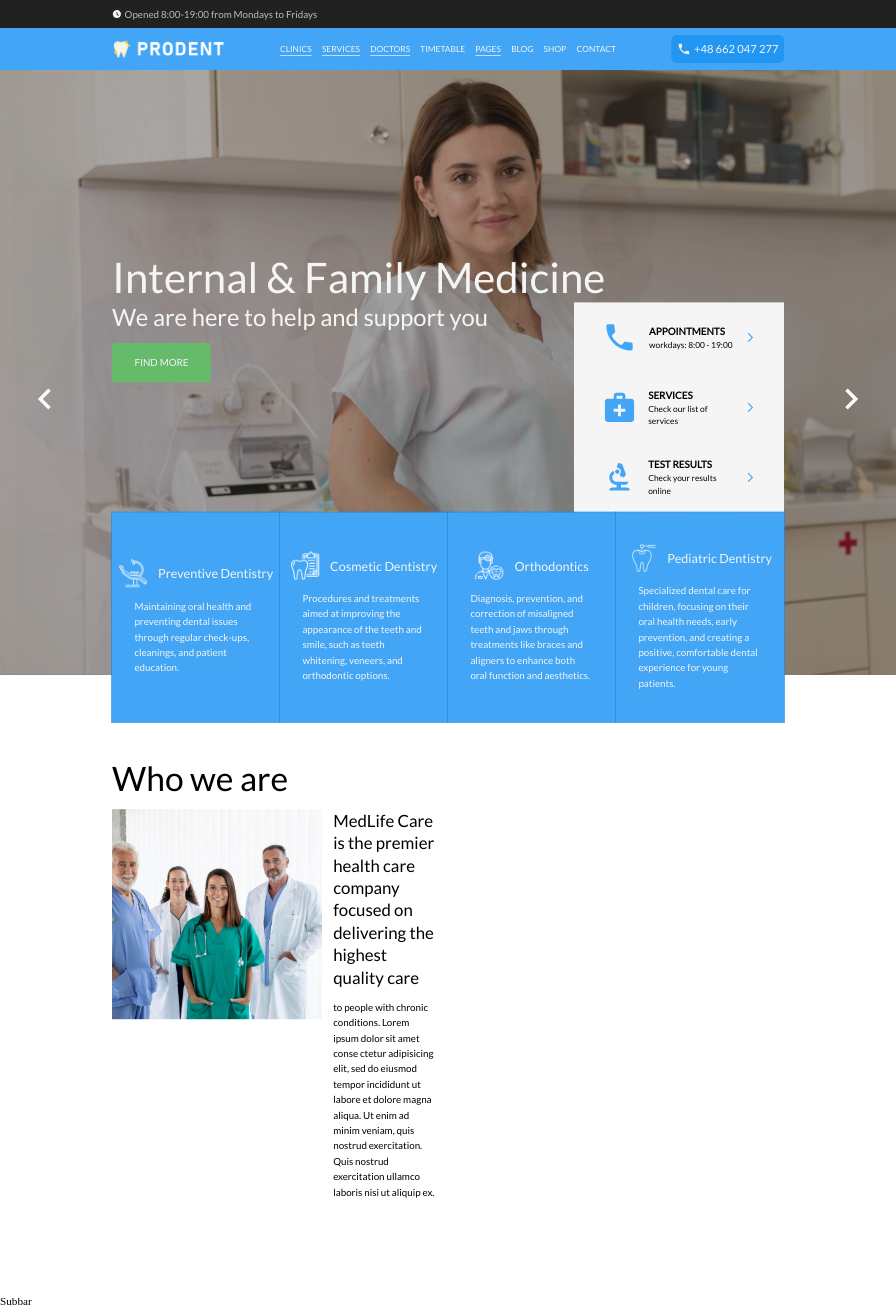
Repository: princ3-web/8
Page: /
The author's editor kept a copy of each file at every save. The page is drawn from the files as they stood at one save, then again after a run of saves.
The browser window is 1280 px wide. The pictures show the whole page, at 70% of full size.
The project was rebuilt for these pictures with package versions that can differ from the ones it lists, and the page was loaded fresh each time. Also part of the build but not shown: vite.config.js, src/subpages/About.jsx, src/index.css.

Above is the page before, as saved 2023-11-02 15:18:13.

### index.html
<!doctype html>
<html lang="en">
  <head>
    <meta charset="UTF-8" />
    <link rel="icon" type="image/svg+xml" href="/vite.svg" />
    <meta name="viewport" content="width=device-width, initial-scale=1.0" />
    <title>Vite + React</title>
    <link rel="preconnect" href="https://fonts.googleapis.com">
    <link rel="preconnect" href="https://fonts.gstatic.com" crossorigin>
    <link href="https://fonts.googleapis.com/css2?family=Lato&display=swap" rel="stylesheet">
  </head>
  <body>
    <div id="root"></div>
    <script type="module" src="/src/main.jsx"></script>
  </body>
</html>

### src/App.jsx
import "./App.css";
import { Box } from "@mui/material";
import { Route, Routes } from "react-router-dom";
import Home from "./subpages/Home";
import About from "./subpages/About";
import Navbar from "./components/Navbar";
import Subbar from "./components/Subbar";
import { createTheme, ThemeProvider } from "@mui/material/styles";

function App() {

  const theme = createTheme({
    typography: {
      fontFamily: "Lato, sans-serif",
    },
  });



  return (
    <ThemeProvider theme={theme}>
    <Box>

      <Navbar />

      <Routes>
        <Route path="/" element={<Home />} />
        <Route path="/about" element={<About />} />
      </Routes>
      <Subbar />
    </Box>
    </ThemeProvider>
  );
}

export default App;

### src/App.css
body {
  padding: 0;
  margin: 0;
  overflow-x: "hidden";
}

### src/subpages/Home.jsx
import React, { useEffect, useState } from "react";
import { Box, CardMedia, Typography, Button, Fade } from "@mui/material";
import image1 from "../assets/images/1.jpg";
import image2 from "../assets/images/2.jpg";
import image3 from "../assets/images/3.jpg";
import image4 from "../assets/images/4.jpg";
import { green, grey, blue } from "@mui/material/colors";
import PhoneIcon from "@mui/icons-material/Phone";
import MedicalServicesIcon from "@mui/icons-material/MedicalServices";
import BiotechIcon from "@mui/icons-material/Biotech";
import ArrowForwardIosIcon from "@mui/icons-material/ArrowForwardIos";
import icon1 from "../assets/icons/1.png";
import icon2 from "../assets/icons/2.png";
import icon3 from "../assets/icons/3.png";
import icon4 from "../assets/icons/4.png";
import SingleCarousel from "../components/SingleCarousel";

const Menu = () => {
  const items0 = [
    {
      title: "Preventive Dentistry",
      text: "Maintaining oral health and preventing dental issues through regular check-ups, cleanings, and patient education.",
      icon: icon1,
    },
    {
      title: "Cosmetic Dentistry",
      text: "Procedures and treatments aimed at improving the appearance of the teeth and smile, such as teeth whitening, veneers, and orthodontic options.",
      icon: icon2,
    },
    {
      title: "Orthodontics",
      text: "Diagnosis, prevention, and correction of misaligned teeth and jaws through treatments like braces and aligners to enhance both oral function and aesthetics.      ",
      icon: icon3,
    },
    {
      title: "Pediatric Dentistry",
      text: "Specialized dental care for children, focusing on their oral health needs, early prevention, and creating a positive, comfortable dental experience for young patients.      ",
      icon: icon4,
    },
  ];

  const items1 = [
    {
      title: "APPOINTMENTS",
      text: "workdays: 8:00 - 19:00",
      icon: <PhoneIcon sx={{ color: blue[400], fontSize: "50px", mr: "1rem" }} />,
    },
    {
      title: "SERVICES",
      text: "Check our list of services",
      icon: <MedicalServicesIcon sx={{ color: blue[400], fontSize: "50px", mr: "1rem" }} />,
    },
    {
      title: "TEST RESULTS",
      text: "Check your results online",
      icon: <BiotechIcon sx={{ color: blue[400], fontSize: "50px", mr: "1rem" }} />,
    },
  ];

  return (
    <Box
      sx={{
        position: "absolute",
        display: "flex",
        flexDirection: "column",
        alignItems: "flex-end",
        boxSizing: "border-box",
        top: "60%",
        px: "160px",
        width: "100%",
      }}
    >
      <Box
        sx={{
          display: "flex",
          flexDirection: "column",
          justifyContent: "space-evenly",
          alignItems: "center",
          backgroundColor: grey[100],
          width: "300px",
          height: "300px",
        }}
      >
        {items1.map((item) => (
          <Box
            sx={{
              display: "flex",
              alignItems: "center",
              justifyContent: "space-between",
              width: "100%",
              height: "33%",
              boxSizing: "border-box",
              px: "40px",
              transition: "0.25s",
              ":hover": {
                backgroundColor: grey[300],
                cursor: "pointer",
              },
            }}
          >
            {item.icon}
            <Box>
              <Typography sx={{ fontSize: "14px", fontWeight: 600 }}>{item.title}</Typography>
              <Typography sx={{ fontSize: "12px" }}>{item.text}</Typography>
            </Box>
            <ArrowForwardIosIcon sx={{ color: blue[400], fontSize: "16px", ml: "1rem" }} />
          </Box>
        ))}
      </Box>
      <Box sx={{ display: "flex", width: "100%" }}>
        {items0.map((item) => (
          <Box
            sx={{
              display: "flex",
              flexDirection: "column",
              justifyContent: "center",
              alignItems: "center",
              backgroundColor: blue[400],
              width: "300px",
              height: "300px",
              outline: "1px solid " + blue[600],
              transition: "0.25s",
              ":hover": {
                backgroundColor: blue[500],
                cursor: "pointer",
              },
            }}
          >
            <Box sx={{ display: "flex", alignItems: "center", mb: "1rem" }}>
              <CardMedia
                component="img"
                src={item.icon}
                alt=""
                sx={{ width: "40px", mr: "1rem" }}
              />
              <Typography color={grey[100]} sx={{ fontSize: "18px" }}>
                {item.title}
              </Typography>
            </Box>
            <Typography color={grey[100]} variant="subtitle2" sx={{ px: "2rem" }}>
              {item.text}
            </Typography>
          </Box>
        ))}
      </Box>
    </Box>
  );
};

const Home = () => {
  const items0 = [
    {
      title: "Preventive Dentistry",
      text: "Maintaining oral health and preventing dental issues through regular check-ups, cleanings, and patient education.",
      icon: icon1,
    },
    {
      title: "Cosmetic Dentistry",
      text: "Procedures and treatments aimed at improving the appearance of the teeth and smile, such as teeth whitening, veneers, and orthodontic options.",
      icon: icon2,
    },
    {
      title: "Orthodontics",
      text: "Diagnosis, prevention, and correction of misaligned teeth and jaws through treatments like braces and aligners to enhance both oral function and aesthetics.      ",
      icon: icon3,
    },
    {
      title: "Pediatric Dentistry",
      text: "Specialized dental care for children, focusing on their oral health needs, early prevention, and creating a positive, comfortable dental experience for young patients.      ",
      icon: icon4,
    },
  ];

  const items1 = [
    {
      title: "APPOINTMENTS",
      text: "workdays: 8:00 - 19:00",
      icon: <PhoneIcon sx={{ color: blue[400], fontSize: "50px", mr: "1rem" }} />,
    },
    {
      title: "SERVICES",
      text: "Check our list of services",
      icon: <MedicalServicesIcon sx={{ color: blue[400], fontSize: "50px", mr: "1rem" }} />,
    },
    {
      title: "TEST RESULTS",
      text: "Check your results online",
      icon: <BiotechIcon sx={{ color: blue[400], fontSize: "50px", mr: "1rem" }} />,
    },
  ];

  const [currentImageIndex, setCurrentImageIndex] = useState(0);

  useEffect(() => {
    const interval = setInterval(() => {
      const nextIndex = (currentImageIndex + 1) % images.length;
      setCurrentImageIndex(nextIndex);
    }, 4000);

    return () => {
      clearInterval(interval);
    };
  }, [currentImageIndex]);

  const images = [image1, image2, image3, image4];

  return (
    <Box>
      <SingleCarousel images={images} />

      <Box sx={{ position: "absolute", top: "50%", left: "160px", zIndex: 1 }}>
        <Typography variant="h2" sx={{ color: grey[100] }}>
          Internal & Family Medicine
        </Typography>
        <Typography variant="h4" sx={{ color: grey[100] }}>
          We are here to help and support you
        </Typography>
        <Button
          sx={{
            backgroundColor: green[400],
            color: grey[100],
            py: "1rem",
            px: "2rem",
            mt: "1rem",
            "&:hover": {
              backgroundColor: green[700],
              cursor: "pointer",
            },
          }}
        >
          FIND MORE
        </Button>
      </Box>
      <Menu />
      <Box sx={{ boxSizing: "border-box", px: "160px", py: "120px" }}>
        <Typography variant="h3">Who we are</Typography>
        <Box sx={{ display: "flex",  width:"50%" }}>
          <CardMedia
            component="img"
            src={image1}
            alt=""
            sx={{ width: "300px", height: "300px", mt: "1rem" }}
          />
          <Box sx={{p:"1rem"}}>
            <Typography variant="h5" sx={{mb:"1rem"}}>
              MedLife Care is the premier health care company focused on delivering the highest
              quality care
            </Typography>

          <Typography  variant="subtitle2">
            to people with chronic conditions. Lorem ipsum dolor sit amet conse ctetur adipisicing
            elit, sed do eiusmod tempor incididunt ut labore et dolore magna aliqua. Ut enim ad
            minim veniam, quis nostrud exercitation. Quis nostrud exercitation ullamco laboris nisi
            ut aliquip ex.
          </Typography>
          </Box>
        </Box>
      </Box>
    </Box>
  );
};

export default Home;

### src/components/Navbar.jsx
import React from "react";
import { Box, Typography, CardMedia, Menu, MenuItem } from "@mui/material";
import { blue, grey } from "@mui/material/colors";
import PhoneIcon from "@mui/icons-material/Phone";
import AccessTimeFilledIcon from "@mui/icons-material/AccessTimeFilled";
import logo from "../assets/icons/logo.png";

const Navbar = () => {
  const items = [
    { name: "CLINICS", items: ["Dental Clinic 1", "Dental Clinic 2", "Dental Clinic 3"] },
    { name: "SERVICES", items: ["Orthodontics", "Cosmetic Dentistry", "Preventive Dentistry"] },
    { name: "DOCTORS", items: ["Dentist 1", "Dentist 2", "Dentist 3"] },
    { name: "TIMETABLE", items: [] },
    { name: "PAGES", items: ["Home Page", "About Us", "Services Page"] },
    { name: "BLOG", items: [] },
    { name: "SHOP", items: [] },
    {
      name: "CONTACT",
      items: [],
    },
  ];

  const handleMenuItemHover = (event, index) => {
    const dropdownMenu = event.currentTarget.querySelector(".dropdown-menu");
    if (dropdownMenu) {
      dropdownMenu.style.visibility = "visible";
      dropdownMenu.style.filter = "opacity(1)";
    }
  };

  const handleMenuItemLeave = (event) => {
    const dropdownMenu = event.currentTarget.querySelector(".dropdown-menu");
    if (dropdownMenu) {
      dropdownMenu.style.visibility = "hidden";
      dropdownMenu.style.filter = "opacity(0)";
    }
  };

  return (
    <Box sx={{ position: "relative", zIndex: 2 }}>
      <Box
        sx={{
          display: "flex",
          alignItems: "center",
          height: "40px",
          width: "100%",
          backgroundColor: grey[900],
          pl: "160px",
          boxSizing: "border-box",
        }}
      >
        <AccessTimeFilledIcon sx={{ color: grey[100], fontSize: "14px", mr: "0.25rem" }} />
        <Typography color={grey[400]} variant="subtitle2">
          Opened 8:00-19:00 from Mondays to Fridays
        </Typography>
      </Box>
      <Box
        sx={{
          display: "flex",
          justifyContent: "space-between",
          alignItems: "center",
          boxSizing: "border-box",
          px: "160px",
          backgroundColor: blue[400],
          height: "60px",
        }}
      >
        <Box>
          <CardMedia component="img" src={logo} alt="" sx={{ height: "30px" }} />
        </Box>
        <Box
          sx={{
            display: "flex",
            justifyContent: "space-between",
            alignItems: "center",
            width: "50%",
            height: "100%",
          }}
        >
          {items.map((item, index) => (
            <Box
              key={index}
              onMouseEnter={(e) => handleMenuItemHover(e, index)}
              onMouseLeave={handleMenuItemLeave}
              sx={{ display: "flex", alignItems: "center", height: "100%" }}
            >
              <Typography
                sx={{
                  color: grey[100],
                  textDecoration: item.items.length < 1 ? "none" : "underline",
                  textUnderlineOffset:"5px",
                  fontSize: "12px",
                  ":hover": { cursor: "pointer", color: blue[100] },
                }}
              >
                {item.name}
              </Typography>
              <Box
                className="dropdown-menu"
                sx={{
                  visibility: "hidden",
                  position: "absolute",
                  backgroundColor: grey[100],
                  transition: "0.5s",
                  filter: "opacity(0)",
                  fontSize: "12px",
                  mt: "190px",
                  ml: "-10px",
                  py:"0.5rem",
                }}
              >
                {item.items.map((item) => (

                  <MenuItem sx={{ fontSize: "12px", p:"1rem", pr:"7rem" }}>{item}</MenuItem>
                ))}
              </Box>
            </Box>
          ))}
        </Box>
        <Box
          sx={{
            display: "flex",
            alignItems: "center",
            p: "0.5rem",
            borderRadius: ".5rem",
            backgroundColor: blue[500],
          }}
        >
          <PhoneIcon sx={{ color: grey[100], fontSize: "20px", mr: "0.25rem" }} />
          <Typography color={grey[100]}>+48 662 047 277</Typography>
        </Box>
      </Box>
    </Box>
  );
};

export default Navbar;

### src/components/Subbar.jsx
import React from 'react'

const Subbar = () => {
  return (
    <div>Subbar</div>
  )
}

export default Subbar

### src/components/SingleCarousel.jsx
import React, { useState, useEffect } from "react";
import KeyboardArrowLeftIcon from "@mui/icons-material/KeyboardArrowLeft";
import KeyboardArrowRightIcon from "@mui/icons-material/KeyboardArrowRight";
import IconButton from "@mui/material/IconButton";
import Box from "@mui/material/Box";
import { grey } from "@mui/material/colors";
import { CardMedia } from "@mui/material";

const SingleCarousel = ({ images }) => {
  const [index, setIndex] = useState(0);
  const [transition, setTransition] = useState(false);
  const [hover, setHover] = useState(false);

  useEffect(() => {
    const interval = setInterval(() => {
      setIndex((state) => (state === images.length - 1 ? 0 : state + 1));
    }, 5000);

    return () => {
      clearInterval(interval);
    };
  }, [hover]);

  const handlePrevious = () => {
    if (!transition) {
      setTransition(true);
      setIndex((state) => (state > 0 ? setIndex(state - 1) : setIndex(images.length - 1)));
      setTimeout(() => setTransition(false), 500);
    }
  };

  const handleNext = () => {
    if (!transition) {
      setTransition(true);
      setIndex((state) => (state < images.length - 1 ? setIndex(state + 1) : setIndex(0)));
      setTimeout(() => setTransition(false), 500);
    }
  };

  return (
    <Box height={"120vh"} sx={{ position: "relative", overflow: "hidden", backgroundColor: grey[900] }}>
      {images.map((item, n) => (
        <Box
          sx={{
            position: "absolute",
            justifyContent: "center",
            alignContent: "center",
            width: "100%",
            height: "100%",
            transition: "2s",
            filter: n === index ? "Opacity(1)" : "Opacity(0)",
          }}
        >
          <CardMedia
            component="img"
            src={item}
            sx={{ height: "100%", filter: "brightness(0.8)" }}
          />

        </Box>
      ))}
      <Box
        sx={{
          position: "absolute",
          display: "flex",
          justifyContent: "space-between",
          width: "96%",
          left: "2%",
          top: "50%",
        }}
      >
        <IconButton
          onClick={handlePrevious}
          onMouseOver={() => setHover(true)}
          onMouseLeave={() => setHover(false)}
        >
          <KeyboardArrowLeftIcon style={{ color: grey[50], zIndex: 10, fontSize: 60 }} />
        </IconButton>
        <IconButton
          onClick={handleNext}
          onMouseOver={() => setHover(true)}
          onMouseLeave={() => setHover(false)}
        >
          <KeyboardArrowRightIcon style={{ color: grey[50], zIndex: 10, fontSize: 60 }} />
        </IconButton>
      </Box>
    </Box>
  );
};

export default SingleCarousel;

Loaded but not shown: src/main.jsx (common file); src/index.css (no copy from this time; the picture is the same without it)

After the next 5 saves:
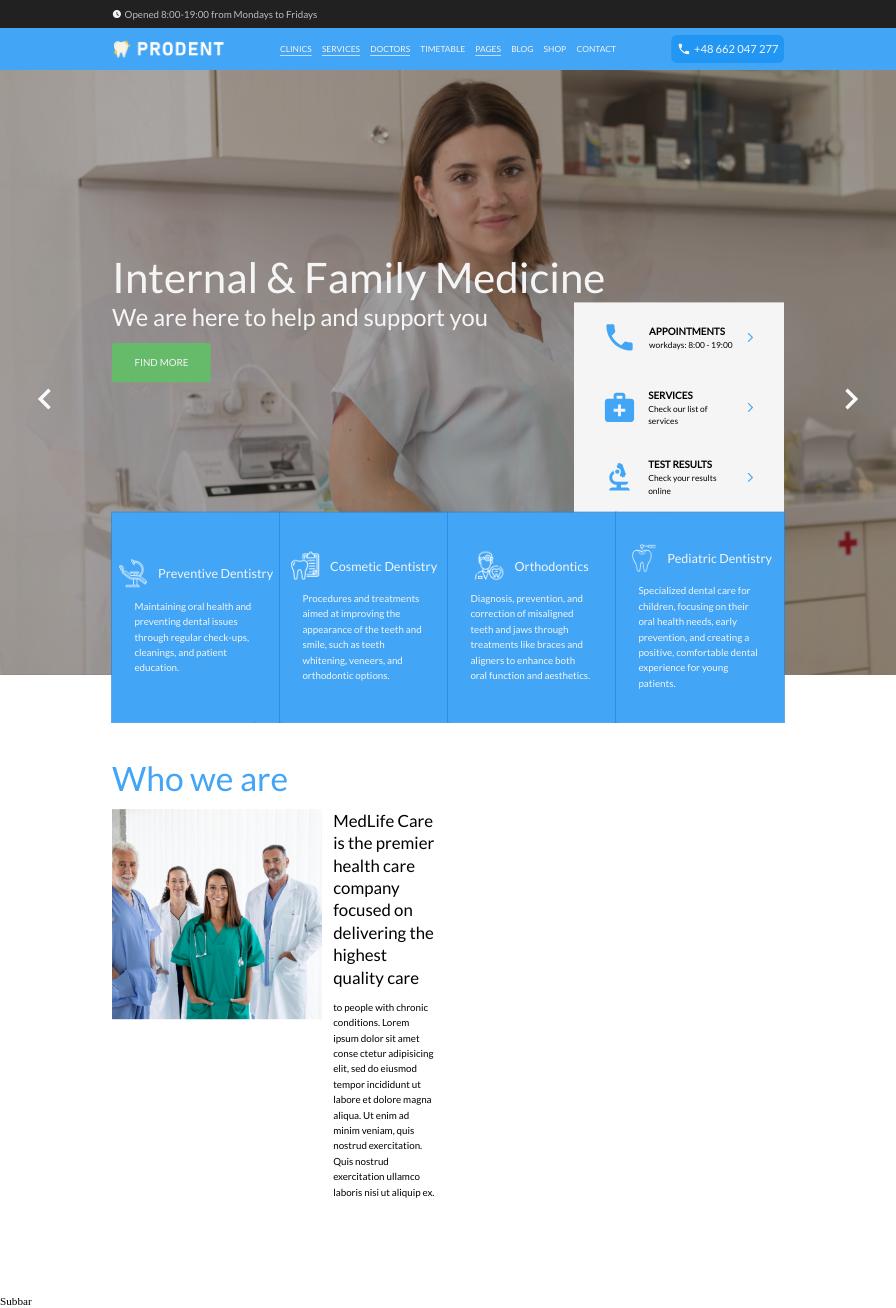
The 5 saves are shown as one change because they came seconds apart.
The last was saved 2 min 11 s later.
--- a/src/subpages/Home.jsx
+++ b/src/subpages/Home.jsx
@@ -233,7 +233,7 @@ const Home = () => {
       </Box>
       <Menu />
       <Box sx={{ boxSizing: "border-box", px: "160px", py: "120px" }}>
-        <Typography variant="h3">Who we are</Typography>
+        <Typography variant="h3" color={blue[400]}>Who we are</Typography>
         <Box sx={{ display: "flex",  width:"50%" }}>
           <CardMedia
             component="img"
